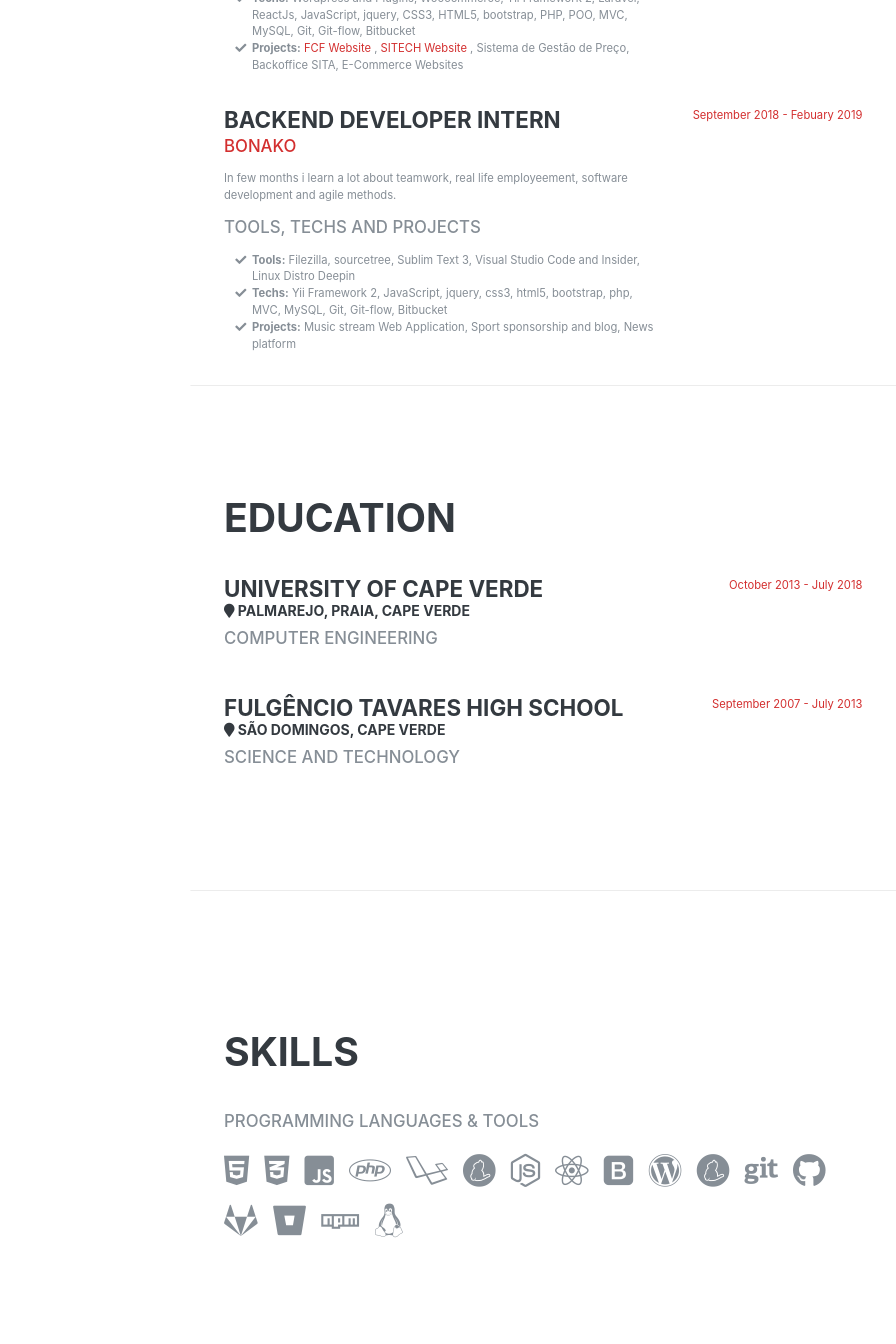
Repository: kcfurtado/kcfurtado.github.io
Page: index.html
The author's editor kept a copy of each file at every save. The page is drawn from the files as they stood at one save, then again after the next save.
The browser window is 1280 px wide. The pictures show the part of the page from y = 1128 to 3048 px (the page is 3843 px tall), at 70% of full size.
Some web fonts or font styles are not loaded; a fallback is used.

Above is the page before, as saved 2020-05-04 10:44:30.

After the next save:
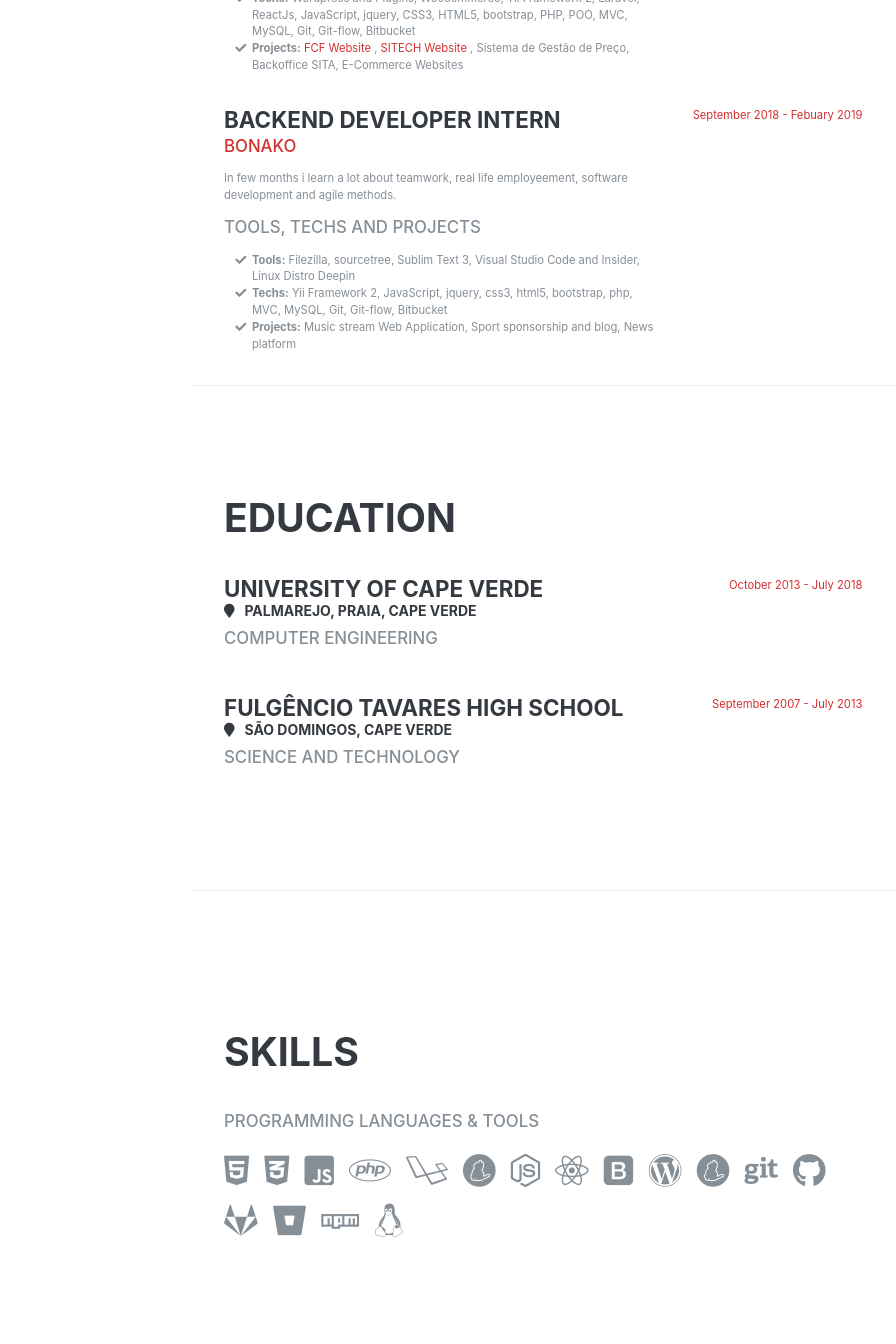
Saved 108 s later.
--- a/index.html
+++ b/index.html
@@ -184,8 +184,8 @@
         <div class="resume-item d-flex flex-column flex-md-row justify-content-between mb-5">
           <div class="resume-content">
             <h3 class="mb-0">University of Cape Verde</h3>
-            <h5><i class="fa fa-map-marker" aria-hidden="true"></i> Palmarejo, Praia, Cape Verde</h5>
-            <div class="subheading mb-3">Computer Engineering</div>
+            <h5><i class="fa fa-map-marker" aria-hidden="true"></i> &nbsp; Palmarejo, Praia, Cape Verde</h5>
+            <div class="subheading mb-3"> Computer Engineering</div>
             <div></div>
             <p></p>
           </div>
@@ -197,8 +197,8 @@
         <div class="resume-item d-flex flex-column flex-md-row justify-content-between">
           <div class="resume-content">
             <h3 class="mb-0">Fulgêncio Tavares High School</h3>
-            <h5><i class="fa fa-map-marker" aria-hidden="true"></i> São Domingos, Cape Verde</h5>
-            <div class="subheading mb-3">Science and Technology</div>
+            <h5><i class="fa fa-map-marker" aria-hidden="true"></i> &nbsp; São Domingos, Cape Verde</h5>
+            <div class="subheading mb-3"> Science and Technology</div>
             <div></div>
             <p></p>
           </div>
